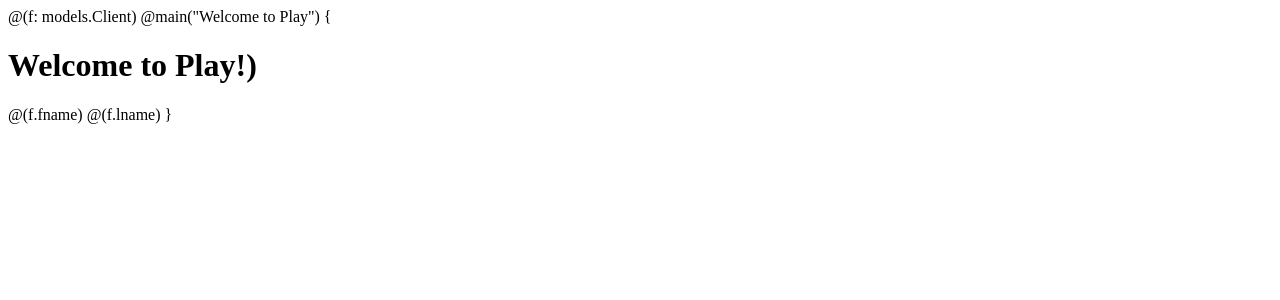
Repository: fkargar/VCASoft
Page: iautoshop/app/views/client.scala.html
These files come from the project's save history. The page is drawn as it stood at one moment and after the next save; the edit follows.
The browser window is 1280 px wide. The pictures show the whole page.

Above is the page before, as saved 2017-12-15 04:13:25.

After the next save:
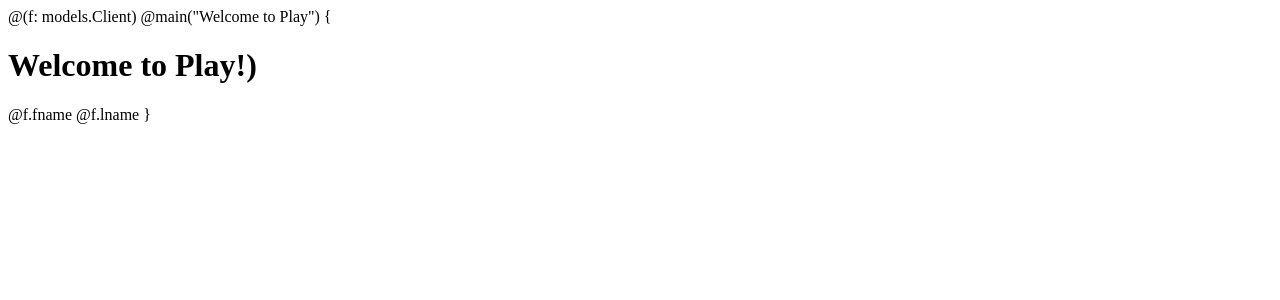
Saved 7 h 41 min later.
--- a/iautoshop/app/views/client.scala.html
+++ b/iautoshop/app/views/client.scala.html
@@ -2,6 +2,6 @@
 
 @main("Welcome to Play") {
   <h1>Welcome to Play!)</h1>
-  @(f.fname)
-  @(f.lname)
+  @f.fname
+  @f.lname
 }
